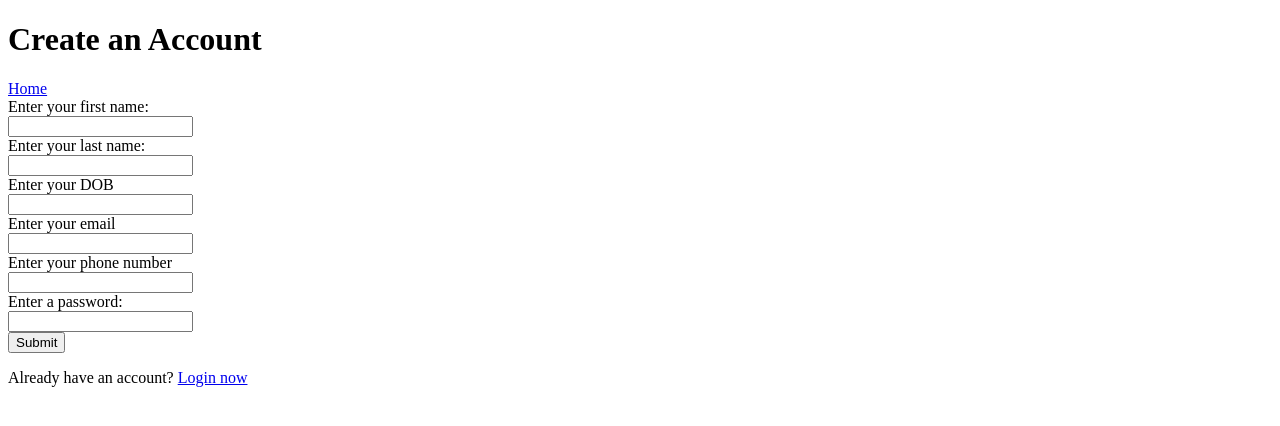
Repository: jennefercampoverde/Rock-Climb-Up
Page: register.html
The author's editor kept a copy of each file at every save. The page is drawn from the files as they stood at one save, then again after the next save.
The browser window is 1280 px wide. The pictures show the whole page.

Above is the page before, as saved 2024-12-08 12:16:39.

### register.html
<!DOCTYPE html>
<html>
<head>
	<meta charset="utf-8">
	<meta name="viewport" content="width=device-width, initial-scale=1">
	<title>	</title>
	<link rel="stylesheet" type="text/css" href="style.css">
</head>
<body>
	<header>
		<h1>
			Create an Account
		</h1>
	</header>
	<div class="topnav">
		<a href="index.html"> Home </a>

	</div>

	<div>
		<form action="register.php" method="POST">
			<label for="firstName">Enter your first name:</label><br>
			<input type="text" id="firstName" name="firstName"><br>

			<label for="lastName">Enter your last name:</label><br>
			<input type="text" id="lastName" name="lastName"><br>

			<label for="dob"> Enter your DOB </label><br>
			<input type="text" id="dob" name="dob"><br>

			<label for="email"> Enter your email </label><br>
			<input type="email" id="email" name="email"><br>

			<label for="phoneNum"> Enter your phone number </label><br>
			<input type="tel" id="phoneNum" name="phoneNum"><br>

			<label for="password">Enter a password:</label><br>
			<input type="password" id="password" name="password"><br>

			<input type="submit" value="Submit" name="submitregistration">
			<p> Already have an account? <a href="login.html"> Login now</a></p>

		</form>
	</div>
</body>
</html>

### style.css


#ClimberHeader,.tableHeaders, .headers
{
    margin: auto;
    text-align: center;

}

.tablesFormatClasses{
    border: 1px solid;
    text-align: center;
    width: 100%;
    background-color: #96D4D4;

}
.tablesFormatEvents{
    border: 1px solid;
    text-align: center;
    width: 100%;
    background-color: #96D4A4;
}

.tablesFormatForms {
  border: 1px solid;
  text-align: center;
  margin-top:50px;
  border:none;
  width: 80%;
  border-collapse: collapse;
  margin-left:10%;
  margin-right:10%;
}

.tablesFormatForms td {
  width: 33%;
  vertical-align: top;
}

.dashboardContainers {
  height: auto;
  width: 95%;
  padding: 10px;
  border:3px solid black;
  border-radius:5px;
  text-align: center;
}

.tablesFormatClasses tr:hover, .tablesFormatEvents tr:hover, .tablesFormatUsers tr:hover{
    background-color:  #D6EEEE;
}

.tablesFormatForms tr{
  width:100%;
}

.tablesFormatUsers{
    border: 1px solid;
    text-align: center;
    width: 100%;
    background-color: #B660A4;
}

.dashboardContainers form {
  width: 90%; /* Uniform width for all forms */
  margin: 0 auto; /* Center the forms */
}

.dashboardContainers label, .dashboardContainers input {
  display: block; /* Stack form elements vertically */
  width: 90%; /* Consistent width for labels and inputs */
  margin: 10px auto; /* Add spacing and center the elements */
  box-sizing: border-box;
}

.dashboardContainers input[type="text"] {
  padding: 5px; /* Add padding for better appearance */
}

.dashboardContainers input[type="submit"] {
  width: auto; /* Adjust button width automatically */
  padding: 5px 15px;
  cursor: pointer;
}

.staff {
  width:50%;
  height:50%;
}

.tablesFormatStaff {
  text-align: center;
  margin-top:50px;
  border:none;
  width: 80%;
  border-collapse: collapse;
  margin-left:10%;
  margin-right:10%;
}

.tablesFormatStaff td {
  width: 33%;
  vertical-align: top;
}

.staffContainers {
  height: auto;
  width: 95%;
  padding: 10px;
  border-radius:5px;
  text-align: center;
}

#home {
  background-color:#111;
  color:white;
}

#allText {
  margin-right:5%;
  margin-left:5%;
}

#allText div p {
	font-size:24px;
}

.scroll {
	scroll-snap-align:center;
	text-align:center;
	flex:none;
	margin-bottom:200px;
}

.scroll-animation {
	scroll-snap-align:center;
	text-align:center;
	flex:none;
	margin-bottom:250px;
	opacity: 0;
	transform: translateY(20px); /* Example animation: Slide up from bottom */
	transition: opacity 0.5s ease, transform 0.5s ease;
}

.scroll-animation.is-visible {

  opacity: 1;

  transform: translateY(0);

}

.test {
	border:none;
}

/* Dropdown Button */
.dropbtn {
  background-color: #3498DB;
  color: white;
  padding: 10px;
  font-size: 16px;
  border: none;
  cursor: pointer;
}

/* Dropdown button on hover & focus */
.dropbtn:hover, .dropbtn:focus {
  background-color: #2980B9;
}

/* The container <div> - needed to position the dropdown content */
.dropdown {
  position: relative;
  display: inline-block;
}

/* Dropdown Content (Hidden by Default) */
.dropdown-content {
  display: none;
  position: absolute;
  background-color: #f1f1f1;
  min-width: 160px;
  box-shadow: 0px 8px 16px 0px rgba(0,0,0,0.2);
  z-index: 1;
}

/* Links inside the dropdown */
.dropdown-content a {
  color: black;
  padding: 12px 16px;
  text-decoration: none;
  display: block;
}

/* Change color of dropdown links on hover */
.dropdown-content a:hover {
  background-color: #ddd;
}

/* Show the dropdown menu (use JS to add this class to the .dropdown-content container when the user clicks on the dropdown button) */
.show {
  display:block;
}
.scrollDownTextUnenroll{
  text-align: center;
caption-side: bottom;
color:white



}

After the next save:
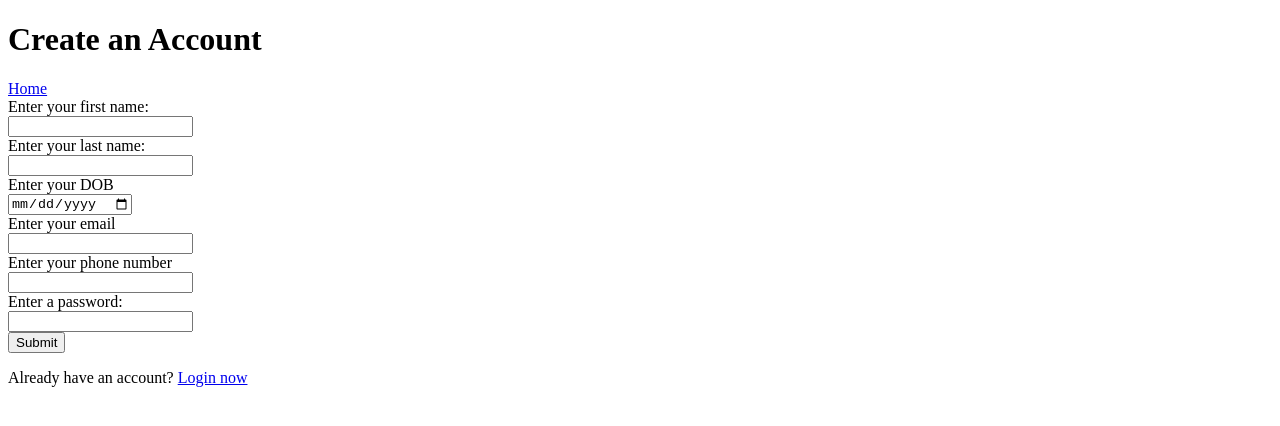
Saved 57 min 53 s later.
--- a/register.html
+++ b/register.html
@@ -26,7 +26,7 @@
 			<input type="text" id="lastName" name="lastName"><br>
 
 			<label for="dob"> Enter your DOB </label><br>
-			<input type="text" id="dob" name="dob"><br>
+			<input type="date" id="dob" name="dob"><br>
 
 			<label for="email"> Enter your email </label><br>
 			<input type="email" id="email" name="email"><br>
